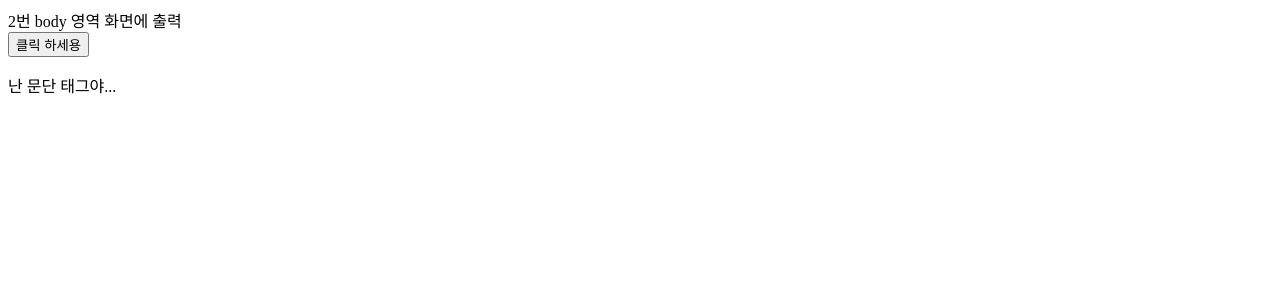
Repository: poomshen/team_03_project2
Page: JavaScript/WebContent/Ex03_ScriptBasic.html
The author's editor kept a copy of each file at every save. The page is drawn from the files as they stood at one save, then again after the next save.
The browser window is 1280 px wide. The pictures show the whole page.
After loading, the first visible `button` was clicked once.

Above is the page before, as saved 2016-08-30 02:17:13.

After the next save:
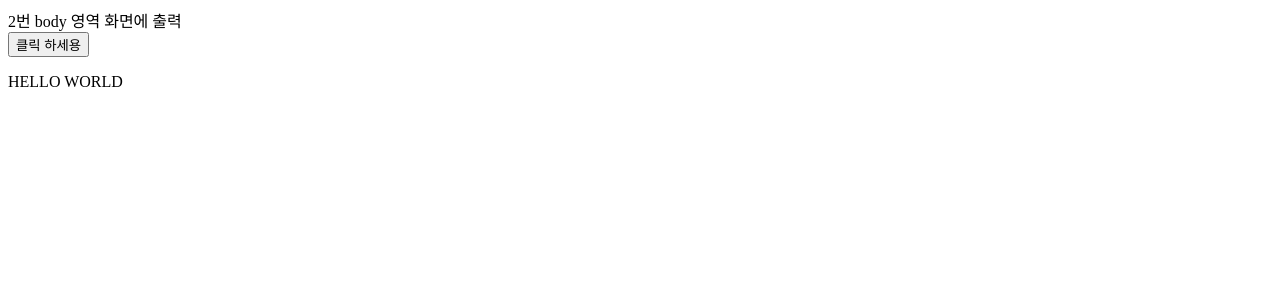
Saved 35 s later.
--- a/JavaScript/WebContent/Ex03_ScriptBasic.html
+++ b/JavaScript/WebContent/Ex03_ScriptBasic.html
@@ -8,7 +8,7 @@
 	function print(){
 		//DOM
 		var element = document.getElementById("demo") //id="demo"
-		alert(element.value);
+		element.innerHTML = "HELLO WORLD";
 	}
 
 </script>
